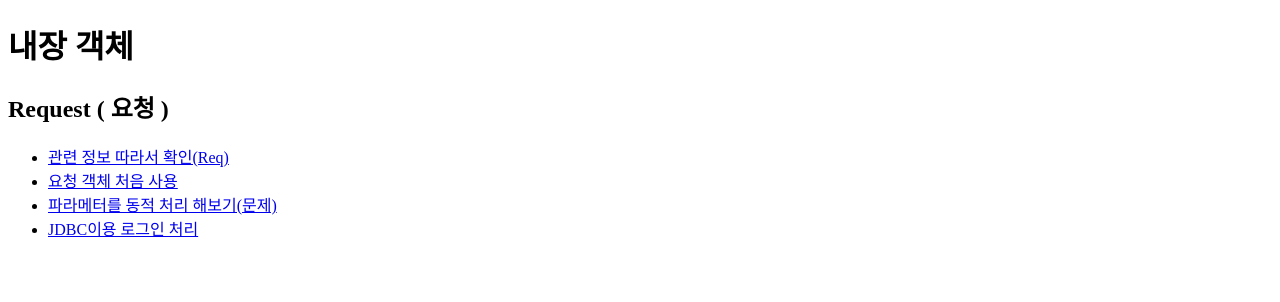
Repository: joeunpyeong/javaA
Page: http://localhost/04.Implicit/
The author's editor kept a copy of each file at every save. The page is drawn from the files as they stood at one save, then again after the next save.
The browser window is 1280 px wide. The pictures show the whole page.
The page is served by Tomcat 9.

Above is the page before, as saved 2023-05-22 03:33:48.

After the next save:
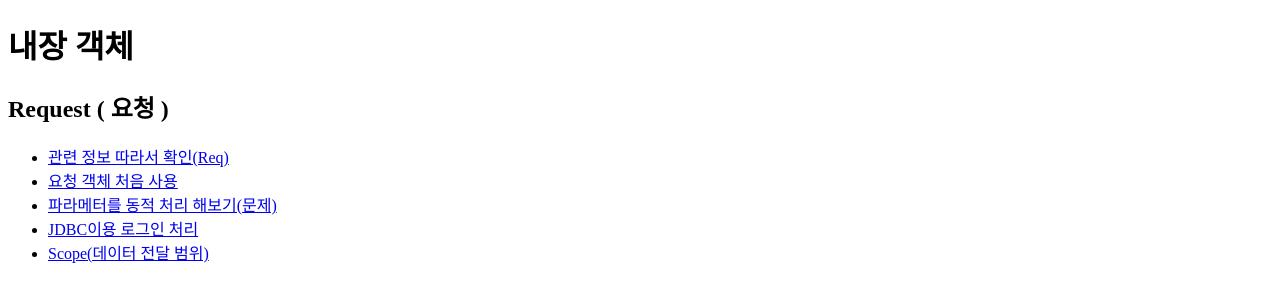
Saved 16 s later.
--- a/04.Implicit/src/main/webapp/index.jsp
+++ b/04.Implicit/src/main/webapp/index.jsp
@@ -14,6 +14,7 @@
 		<li><a href="Ex01_Request/Ex01_Request.jsp">요청 객체 처음 사용</a></li>
 		<li><a href="Ex01_Request/Ex02_Request.jsp">파라메터를 동적 처리 해보기(문제)</a></li>
 		<li><a href="Ex01_Request/Ex03_Request.jsp">JDBC이용 로그인 처리</a></li>
+		<li><a href="Ex01_Request/Ex04_Scope.jsp">Scope(데이터 전달 범위)</a></li>
 
 	</ul>
 </body>
